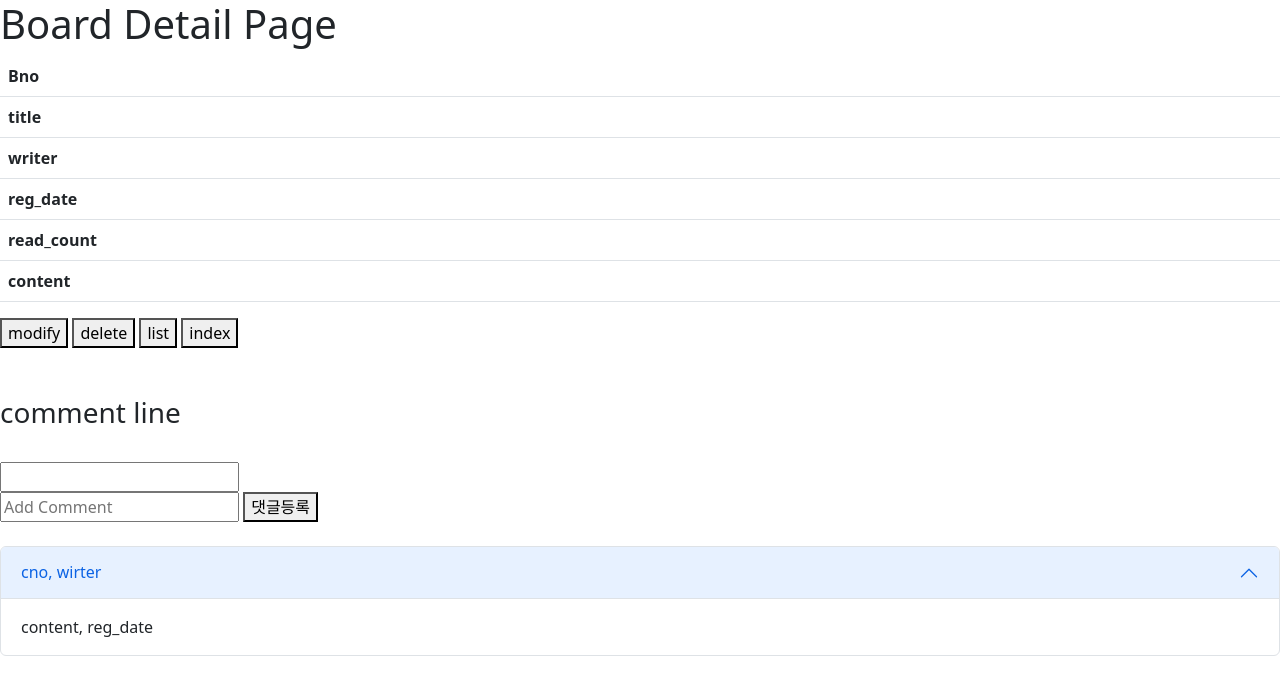
Repository: yangone8249/jsp_project
Page: http://localhost/jsp_project/board/detail.jsp
These files come from the project's save history. The page is drawn as it stood at one moment and after the next save; the edit follows.
The browser window is 1280 px wide. The pictures show the whole page.
The page is served by Tomcat 9. Other server files are loaded and not shown. The template is opened directly, without the code that normally fills it, so the values that code supplies are empty.

Above is the page before, as saved 2023-05-19 02:21:41.

### jsp_project4/jsp_project/src/main/webapp/board/detail.jsp
<%@ page language="java" contentType="text/html; charset=UTF-8"
    pageEncoding="UTF-8"%>
<%@ taglib uri="http://java.sun.com/jsp/jstl/core"  prefix="c"%>
<!DOCTYPE html>
<html>
<head>
<meta charset="UTF-8">
<title>Board Detail Page</title>
<!-- CSS only -->
<link href="https://cdn.jsdelivr.net/npm/bootstrap@5.2.2/dist/css/bootstrap.min.css" rel="stylesheet" integrity="sha384-Zenh87qX5JnK2Jl0vWa8Ck2rdkQ2Bzep5IDxbcnCeuOxjzrPF/et3URy9Bv1WTRi" crossorigin="anonymous">
<!-- JavaScript Bundle with Popper -->
<script src="https://cdn.jsdelivr.net/npm/bootstrap@5.2.2/dist/js/bootstrap.bundle.min.js" integrity="sha384-OERcA2EqjJCMA+/3y+gxIOqMEjwtxJY7qPCqsdltbNJuaOe923+mo//f6V8Qbsw3" crossorigin="anonymous"></script>
</head>
<body>
<h1>Board Detail Page</h1>

<table class="table table-hover">
<tr>
	<th>Bno</th>
	<td>${bvo.bno }</td>
</tr>
<tr>
	<th>title</th>
	<td>${bvo.title }</td>
</tr>
<tr>
	<th>writer</th>
	<td>${bvo.writer }</td>
</tr>
<tr>
	<th>reg_date</th>
	<td>${bvo.reg_date }</td>
</tr>
<tr>
	<th>read_count</th>
	<td>${bvo.read_count }</td>
</tr>
<tr>
	<th>content</th>
	<td>${bvo.content }</td>
</tr>

</table>
<a href="/brd/modify?bno=${bvo.bno }"><button type="button">modify</button></a>
<a href="/brd/delete?bno=${bvo.bno }"><button type="button">delete</button></a>
<a href="/brd/list"><button type="button">list</button></a>
<a href="/"><button type="button">index</button></a>

<div><br><br>
<h3>comment line</h3><br>
<!-- 댓글 작성 라인 -->
<input type="text" id="cmtWriter" value="${ses.id }" readonly="readonly"><br>
<input type="text" id="cmtText" placeholder="Add Comment">
<button type="button" id="cmtAddBtn">댓글등록</button>
</div><br>

<!-- 댓글 표시 라인 -->
<div class="accordion" id="accordionExample">
  <div class="accordion-item">
    <h2 class="accordion-header" id="headingOne">
      <button class="accordion-button" type="button" data-bs-toggle="collapse" data-bs-target="#collapseOne" aria-expanded="true" aria-controls="collapseOne">
        cno, wirter
      </button>
    </h2>
    <div id="collapseOne" class="accordion-collapse collapse show" aria-labelledby="headingOne" data-bs-parent="#accordionExample">
      <div class="accordion-body">
        content, reg_date
      </div>
    </div>
  </div>
</div>
</body>
</html>

After the next save:
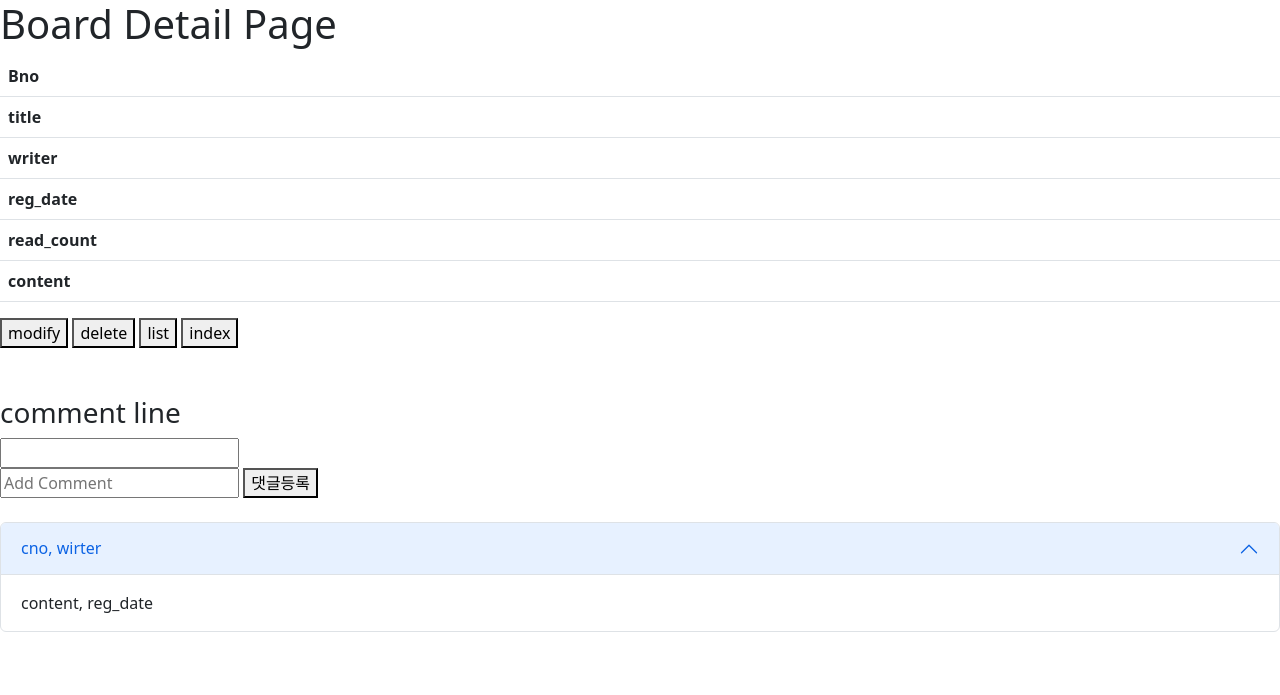
Saved 14 s later.
--- a/jsp_project4/jsp_project/src/main/webapp/board/detail.jsp
+++ b/jsp_project4/jsp_project/src/main/webapp/board/detail.jsp
@@ -47,7 +47,7 @@
 <a href="/"><button type="button">index</button></a>
 
 <div><br><br>
-<h3>comment line</h3><br>
+<h3>comment line</h3>
 <!-- 댓글 작성 라인 -->
 <input type="text" id="cmtWriter" value="${ses.id }" readonly="readonly"><br>
 <input type="text" id="cmtText" placeholder="Add Comment">
